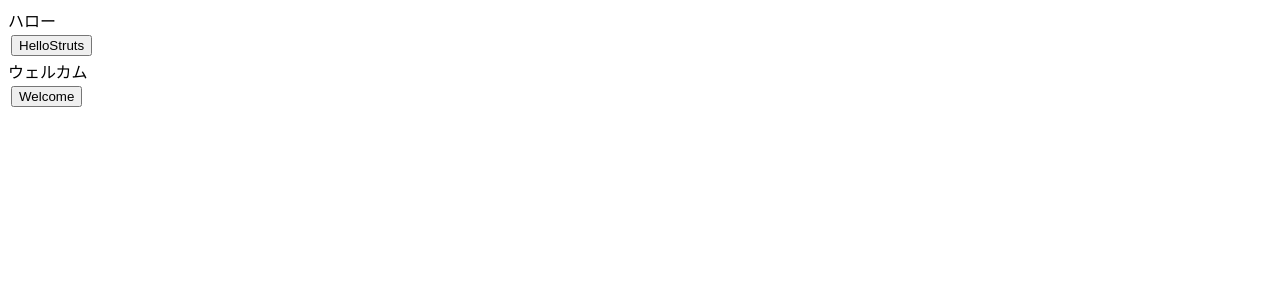
Repository: fujita0830/learning
Page: http://localhost/WebProj/
These files come from the project's save history. The page is drawn as it stood at one moment and after the next save; the edit follows.
The browser window is 1280 px wide. The pictures show the whole page.
The page is served by Tomcat 9.

Above is the page before, as saved 2018-12-20 07:46:45.

After the next save:
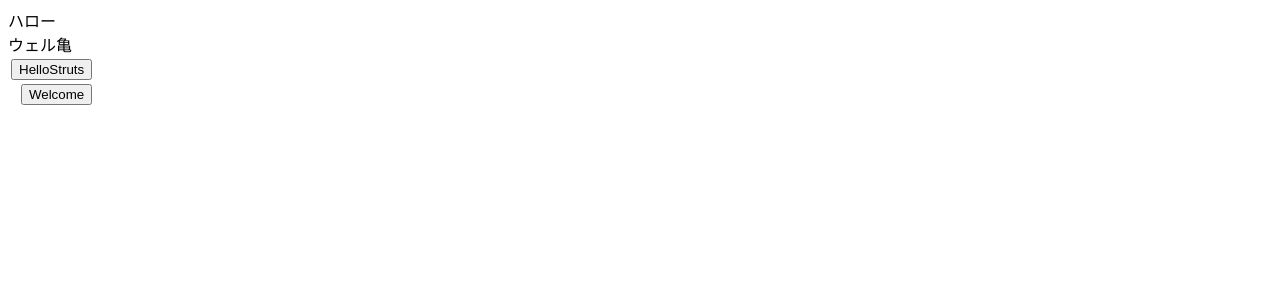
Saved 43 s later.
--- a/WebProj/WebContent/index.jsp
+++ b/WebProj/WebContent/index.jsp
@@ -13,10 +13,7 @@
 ハロー
  <s:form action="HelloStrutsAction">
    <s:submit value="HelloStruts"/>
- </s:form>
-
- ウェルカム
- <s:form action="WelcomeAction">
+ ウェル亀
   <s:submit value="Welcome"/>
  </s:form>
 </body>

After the save that followed:
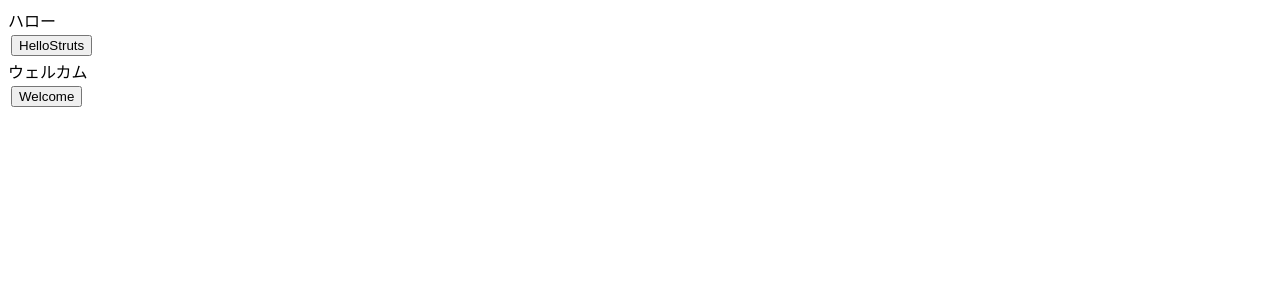
Saved 32 s later.
--- a/WebProj/WebContent/index.jsp
+++ b/WebProj/WebContent/index.jsp
@@ -13,7 +13,10 @@
 ハロー
  <s:form action="HelloStrutsAction">
    <s:submit value="HelloStruts"/>
- ウェル亀
+ </s:form>
+
+ ウェルカム
+ <s:form action="WelcomeAction">
   <s:submit value="Welcome"/>
  </s:form>
 </body>
